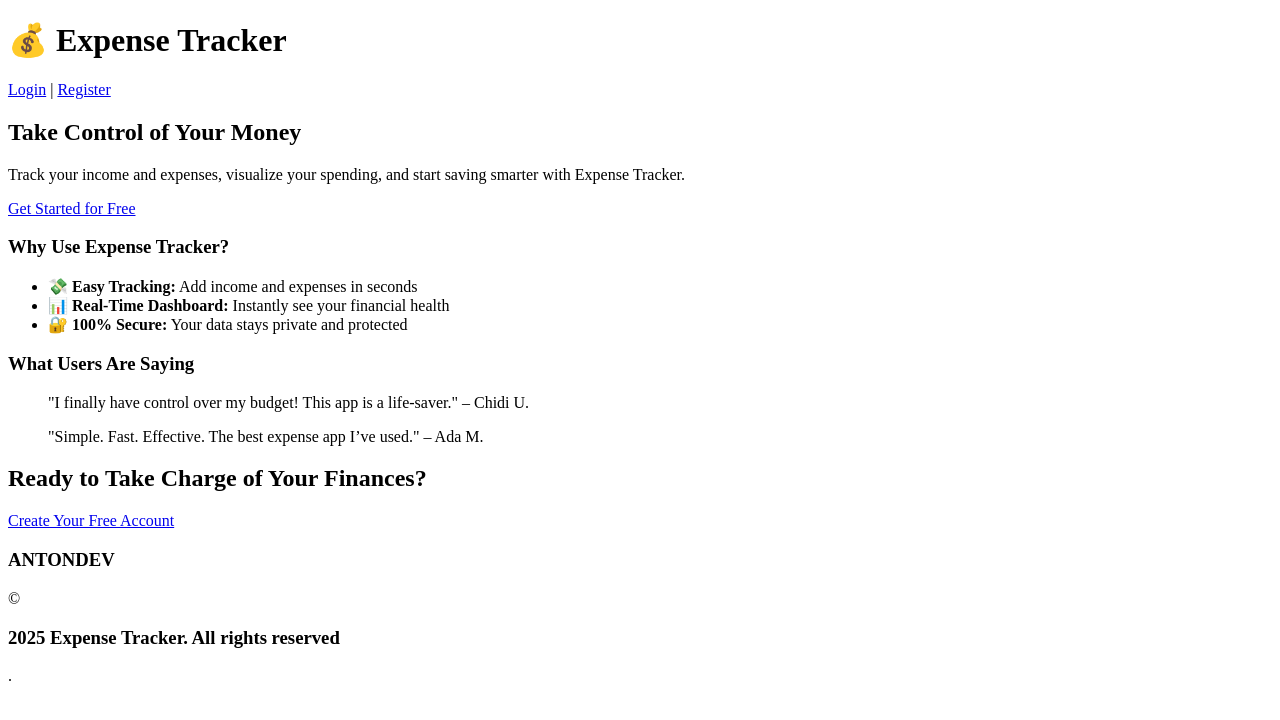
Repository: An-tonDev/expense-tracker
Page: public/html/index.html
An editor plug-in stored every save of this project. The page is shown before and after the next save, followed by the edit.
The browser window is 1280 px wide. The pictures show the whole page.

Above is the page before, as saved 2025-06-27 09:31:31.

After the next save:
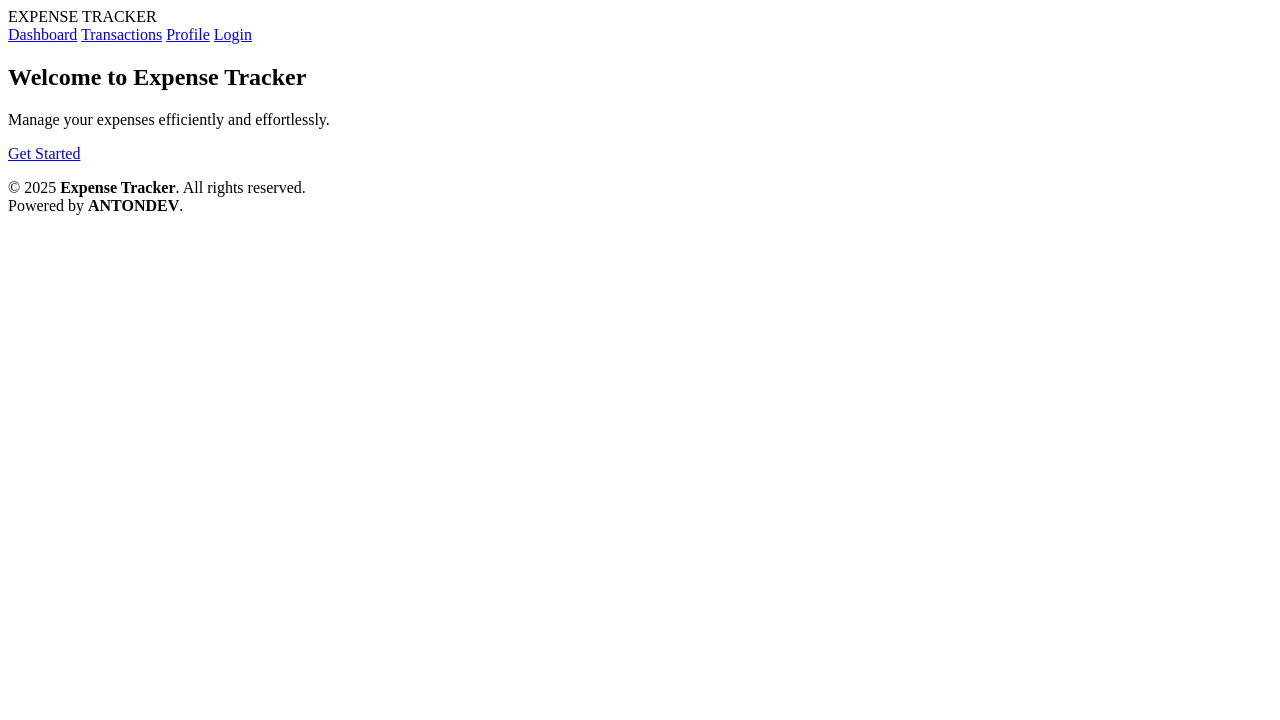
Saved 39 min 37 s later.
--- a/public/html/index.html
+++ b/public/html/index.html
@@ -2,57 +2,36 @@
 <html lang="en">
 <head>
   <meta charset="UTF-8" />
-  <meta name="viewport" content="width=device-width, initial-scale=1.0"/>
+  <meta name="viewport" content="width=device-width, initial-scale=1.0" />
   <title>Expense Tracker | Take Control of Your Finances</title>
+  <link rel="stylesheet" href="style.css" />
 </head>
-<body>
+<body class="landing-container">
 
-  <!-- Header / Navigation -->
-  <header>
-    <h1>💰 Expense Tracker</h1>
-    <nav>
-      <a href="/login.html">Login</a> |
-      <a href="/register.html">Register</a>
+  <!-- Navigation -->
+  <header class="landing-nav">
+    <div class="logo">EXPENSE TRACKER</div>
+    <nav class="nav-links">
+      <a href="/dashboard.html">Dashboard</a>
+      <a href="/transactions.html">Transactions</a>
+      <a href="/profile.html">Profile</a>
+      <a href="/login.html">Login</a>
     </nav>
   </header>
 
   <!-- Hero Section -->
-  <section>
-    <h2>Take Control of Your Money</h2>
-    <p>Track your income and expenses, visualize your spending, and start saving smarter with Expense Tracker.</p>
-    <a href="/register.html">Get Started for Free</a>
-  </section>
-
-  <!-- Features Section -->
-  <section>
-    <h3>Why Use Expense Tracker?</h3>
-    <ul>
-      <li><strong>💸 Easy Tracking:</strong> Add income and expenses in seconds</li>
-      <li><strong>📊 Real-Time Dashboard:</strong> Instantly see your financial health</li>
-      <li><strong>🔐 100% Secure:</strong> Your data stays private and protected</li>
-    </ul>
-  </section>
-
-  <!-- Testimonials -->
-  <section>
-    <h3>What Users Are Saying</h3>
-    <blockquote>
-      "I finally have control over my budget! This app is a life-saver." – Chidi U.
-    </blockquote>
-    <blockquote>
-      "Simple. Fast. Effective. The best expense app I’ve used." – Ada M.
-    </blockquote>
-  </section>
-
-  <!-- Call to Action -->
-  <section>
-    <h2>Ready to Take Charge of Your Finances?</h2>
-    <a href="/register.html">Create Your Free Account</a>
+  <section class="landing-hero">
+    <div class="landing-text">
+      <h1>Welcome to <span>Expense Tracker</span></h1>
+      <p>Manage your expenses efficiently and effortlessly.</p>
+      <a href="/register.html" class="btn">Get Started</a>
+    </div>
+    <div class="landing-image"></div>
   </section>
 
   <!-- Footer -->
-  <footer>
-    <p> <h3>ANTONDEV</h3>&copy;<h3> 2025 Expense Tracker. All rights reserved</h3>.</p>
+  <footer class="landing-footer">
+    <p>&copy; 2025 <strong>Expense Tracker</strong>. All rights reserved.<br>Powered by <strong>ANTONDEV</strong>.</p>
   </footer>
 
 </body>
